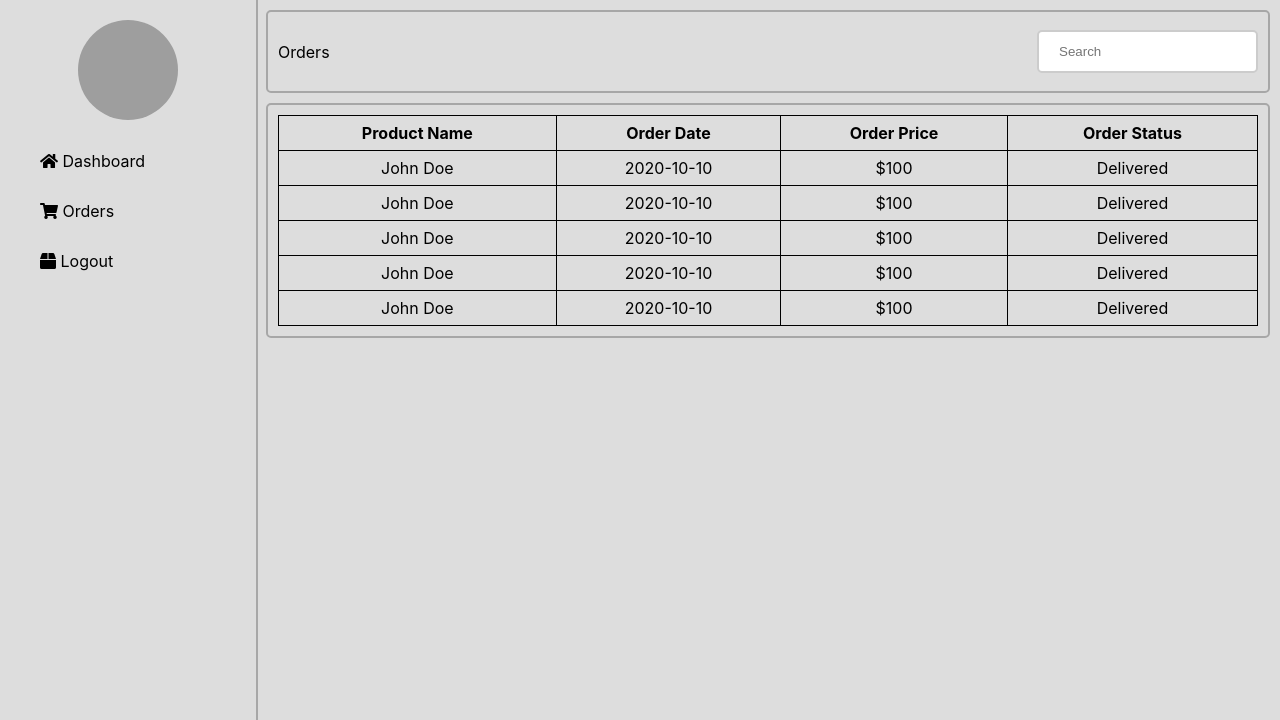
Repository: cjaymoni/FE_Submission02
Page: http://localhost/orders
These files come from the project's save history. The page is drawn as it stood at one moment and after the next save; the edit follows.
The browser window is 1280 px wide. The pictures show the whole page.
Pictures or frames that could not be fetched are drawn as grey boxes. Some web libraries are served in a nearby version. The page is run by PHP 8.4 with error messages shown; the project is at /var/www/html/.

Above is the page before, as saved 2022-09-29 15:19:21.

After the next save:
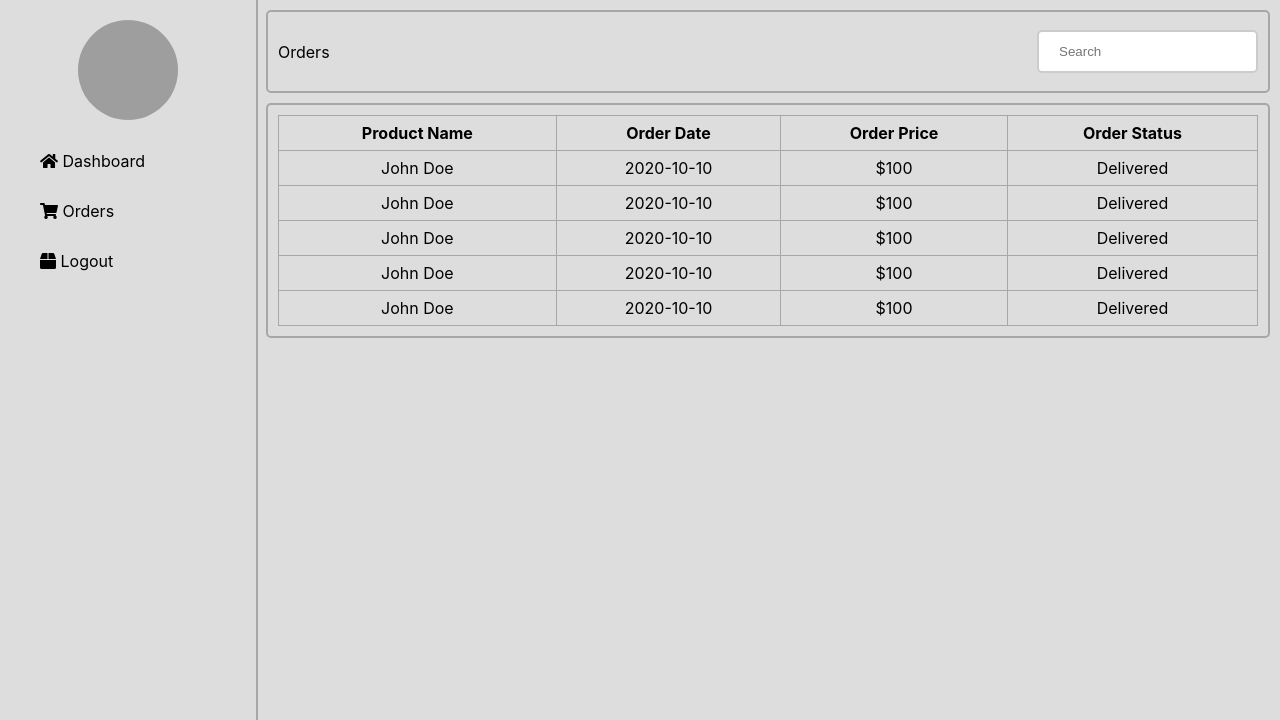
Saved 29 s later.
--- a/css/styles.css
+++ b/css/styles.css
@@ -180,7 +180,7 @@ table {
 
 td,
 th {
-    border: 1px solid black;
+    border: 1px solid rgb(167, 167, 167);
     padding: 5px;
     text-align: center;
 }
